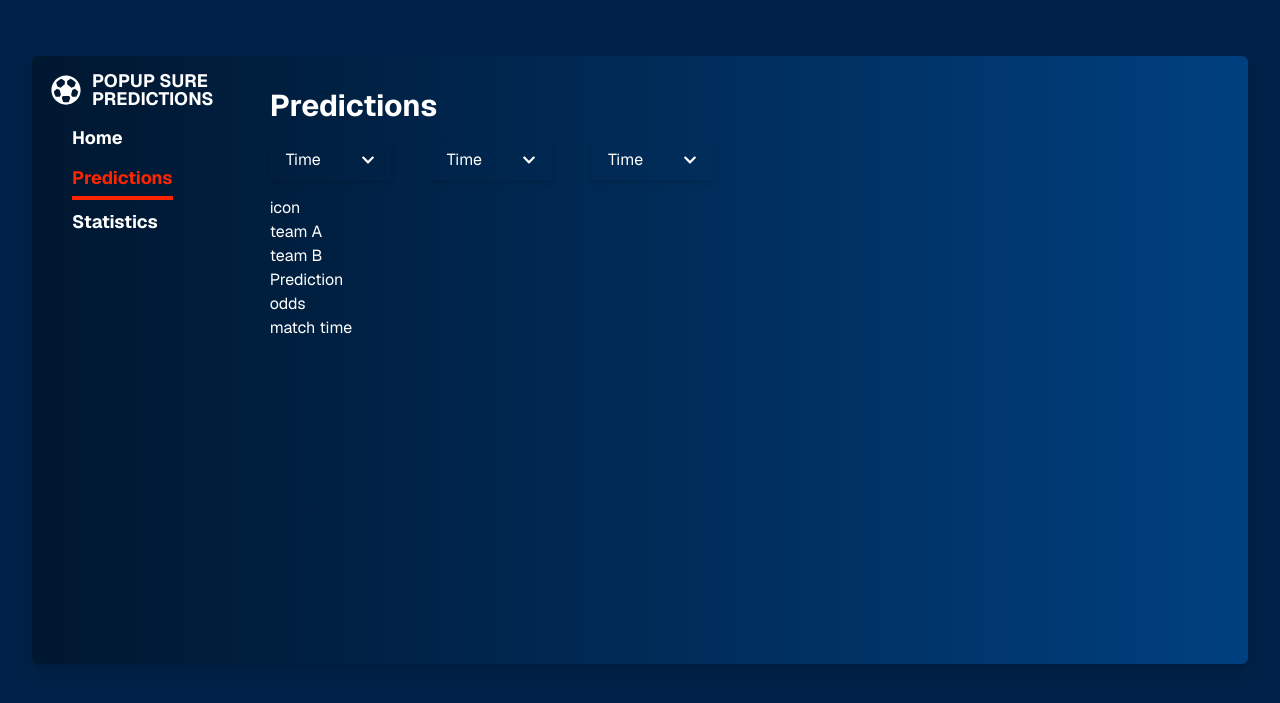
Repository: prototypedave/AlgoFooty
Page: /predictions (app in frontend/algo-footy/)
These files come from the project's save history. The page is drawn as it stood at one moment and after the next save; the edit follows.
The browser window is 1280 px wide. The pictures show the whole page.
The project was rebuilt for these pictures with package versions that can differ from the ones it lists, and the page was loaded fresh each time. The framework's server and built-in components were replaced by stand-ins that run in the browser. Also part of the build but not shown: frontend/algo-footy/next.config.ts.

Above is the page before, as saved 2025-11-03 07:26:57.

After the next save:
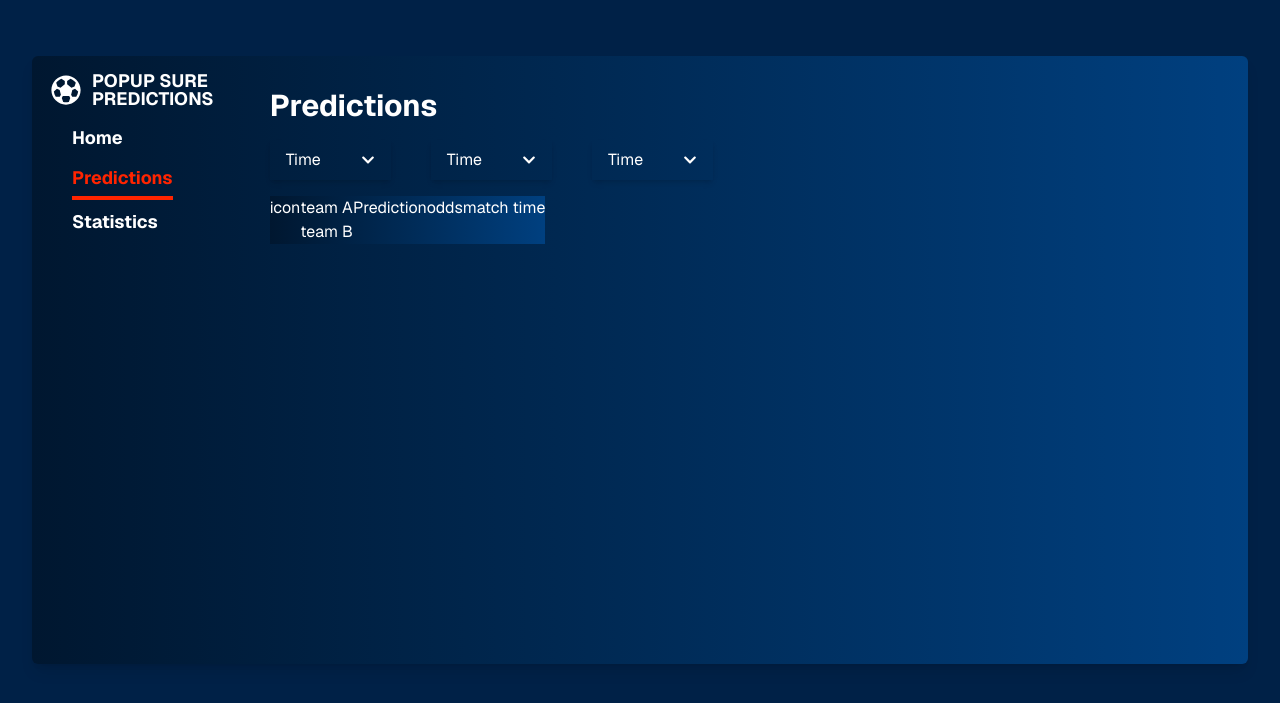
Saved 32 min 13 s later.
--- a/frontend/algo-footy/app/predictions/page.tsx
+++ b/frontend/algo-footy/app/predictions/page.tsx
@@ -43,9 +43,9 @@ export default function Predictions() {
                             <DropdownButton />
                             <DropdownButton />
                     </div>
-                    <div>
+                    <div className="flex w-full">
                         <ol>
-                            <li>
+                            <li className="flex bg-gradient-to-r from-[#001730] to-[#004080] w-full">
                                 <p>icon</p>
                                 <div>
                                     <p>team A</p>
